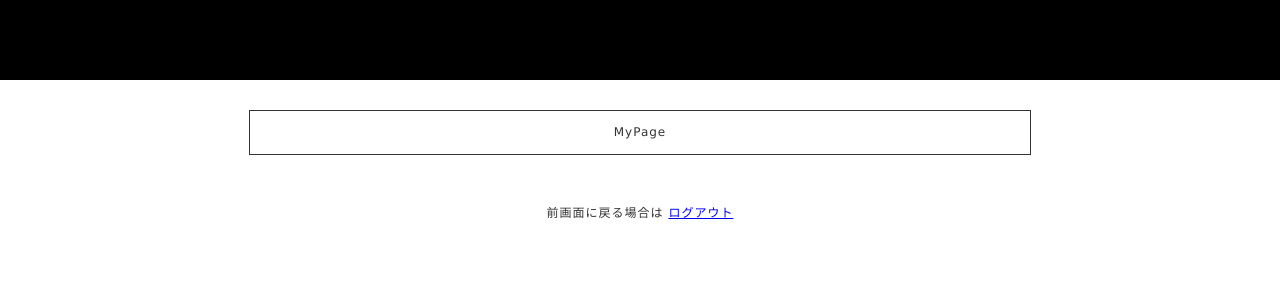
Repository: cha-git/ecsite
Page: http://localhost/template/myPage.jsp
An editor plug-in stored every save of this project. The page is shown before and after the next save, followed by the edit.
The browser window is 1280 px wide. The pictures show the whole page.
The page is served by Tomcat 9. Other server files are loaded and not shown.

Above is the page before, as saved 2019-01-09 10:37:49.

### template/WebContent/myPage.jsp
<%@ page language="java" contentType="text/html; charset=UTF-8"
    pageEncoding="UTF-8"%>
<%@ taglib prefix="s" uri="/struts-tags" %>
<!DOCTYPE html>
<html>
<head>
	<meta http-equiv="Content-Type" content="text/html; charset=UTF-8" />
	<meta http-equiv="Content-Style-Type" content="text/css" />
	<meta http-equiv="Content-Script-Type" content="text/javascript" />
	<meta http^equiv="imagetoolbar" content="no" />
	<meta name="description" content="" />
	<meta name="keywords" content="" />
	<title>MyPage画面</title>

	<style type="text/css">
	/* ========TAG LAYOUT======== */
	body {
		margin:0;
		padding:0;
		line-height:1.6;
		letter-spacing:1px;
		font-family:Verdana, Helvetica, sans-serif;
		font-size:12px;
		color:#333;
		background:#fff;
	}

	table {
		text-align:center;
		margin:0 auto;
	}
	/* ========ID LAYOUT======== */
	#top {
		width:780px;
		margin:30px auto;
		border:1px solid #333;
	}

	#header {
		with:100%;
		height:80px;
		background-color: black;
	}

	#main {
		width:100%;
		height:500px;
		text-align:center;
	}

	#footer {
		width:100%;
		height:80px;
		background-color:black;
		clear:both;
	}
	</style>
</head>
<body>
	<div id="header">
		<div id="pr">
		</div>
	</div>
	<div id="main">
		<div id="top">
			<p>MyPage</p>
		</div>
		<div>
		<s:if test="session.message == ''">
			<h3>ご購入情報は以下になります。</h3>
			<table>
				<tr>
					<td>商品名</td>
					<td><s:property value="session.buyItem_name" /></td>
				</tr>
				<tr>
					<td>値段</td>
					<td>
						<s:property value="session.total_price" />
						<span>円</span>
					</td>
				</tr>
				<tr>
					<td>購入個数</td>
					<td>
						<s:property value="session.total_count" />
						<span>個</span>
					</td>
				</tr>
				<tr>
					<td>支払い方法</td>
					<td><s:property value="session.total_payment" /></td>
				</tr>
			</table>
			<s:form action="MyPageAction">
				<input type="hidden" name="deleteFlg" value="1">
				<s:submit value="削除" method="delete" />
			</s:form>
		</s:if>
		<s:if test="session.message != null">
			<h3><s:property value="session.message" /></h3>
		</s:if>
			<div>
				<br>
				<span>前画面に戻る場合は</span>
				<a href='<s:url action="HomeAction" />'>ログアウト</a>
			</div>
		</div>
	</div>
</body>
</html>

After the next save:
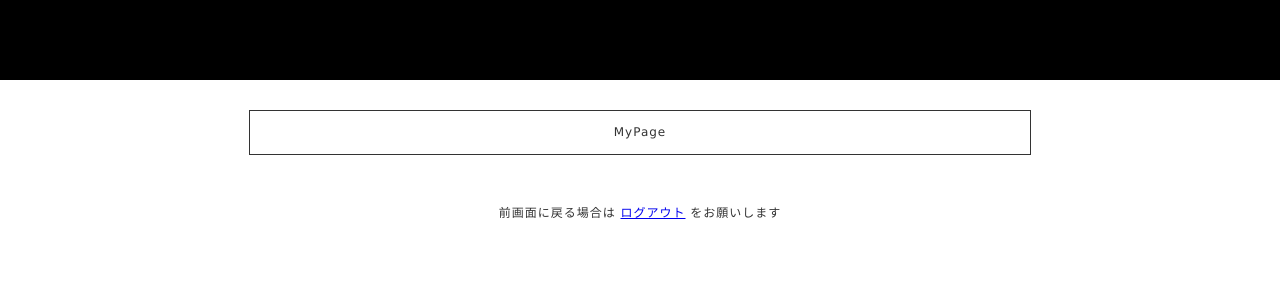
Saved 18 s later.
--- a/template/WebContent/myPage.jsp
+++ b/template/WebContent/myPage.jsp
@@ -104,6 +104,7 @@
 				<br>
 				<span>前画面に戻る場合は</span>
 				<a href='<s:url action="HomeAction" />'>ログアウト</a>
+				<span>をお願いします</span>
 			</div>
 		</div>
 	</div>
